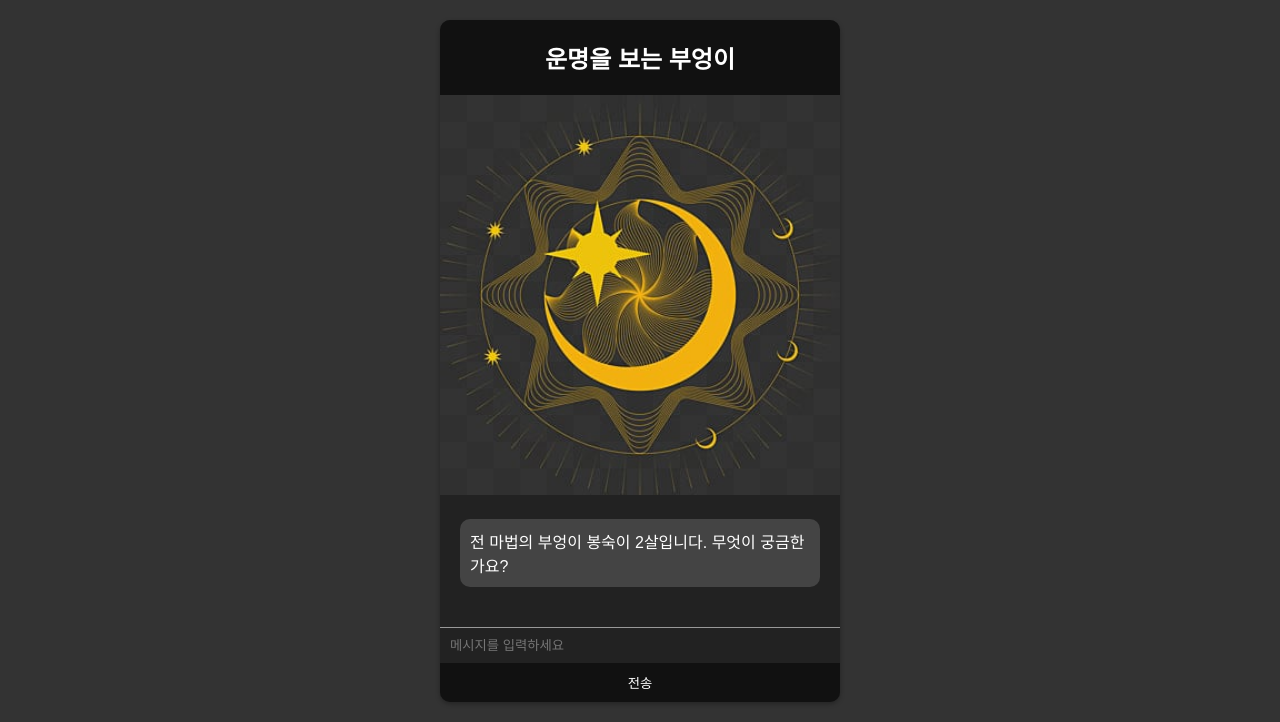
Repository: MYOUNGJOO-KIM/taro
Page: frontend/index.html
The author's editor kept a copy of each file at every save. The page is drawn from the files as they stood at one save, then again after the next save.
The browser window is 1280 px wide. The pictures show the whole page.

Above is the page before, as saved 2023-07-10 19:46:54.

After the next save:
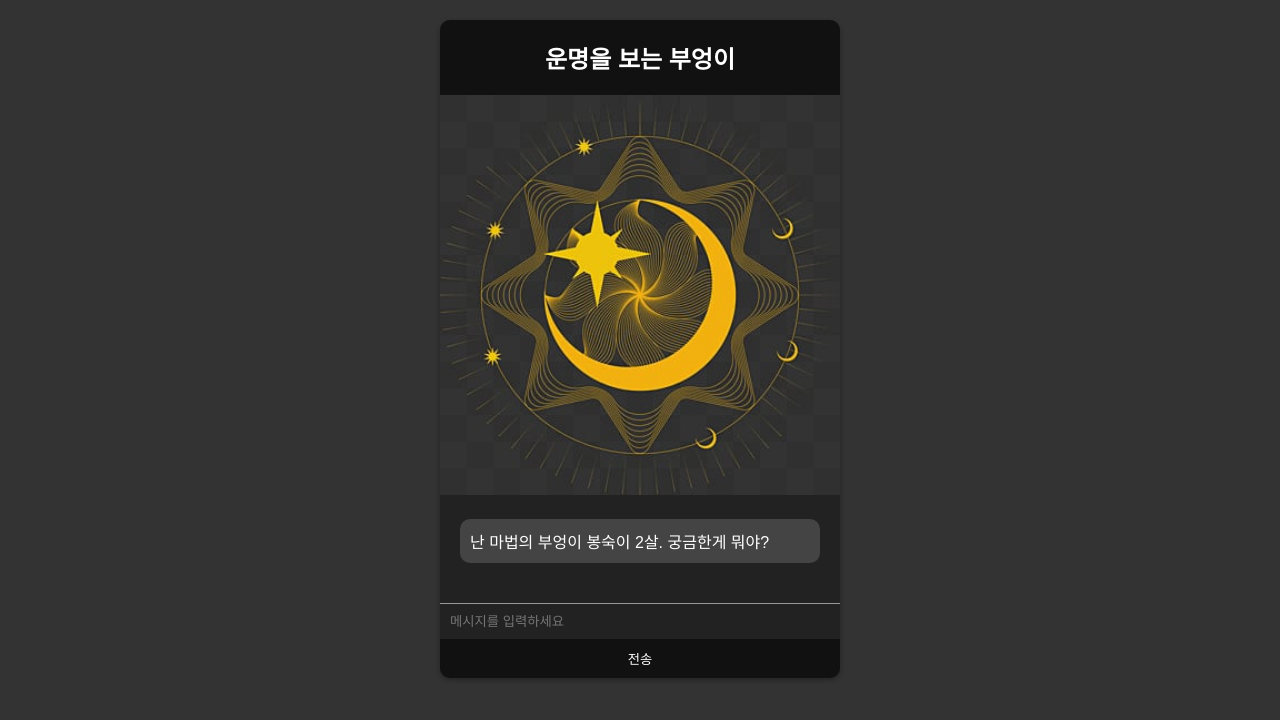
Saved 105 min 50 s later.
--- a/frontend/index.html
+++ b/frontend/index.html
@@ -93,7 +93,7 @@
         const chatBody = document.getElementById('chatBody');
         const messageInput = document.getElementById('messageInput');
 
-        displayMessage('전 마법의 부엉이 봉숙이 2살입니다. 무엇이 궁금한가요?', 'bot');
+        displayMessage('난 마법의 부엉이 봉숙이 2살. 궁금한게 뭐야?', 'bot');
 
         function sendMessage() {
             const message = messageInput.value.trim();
